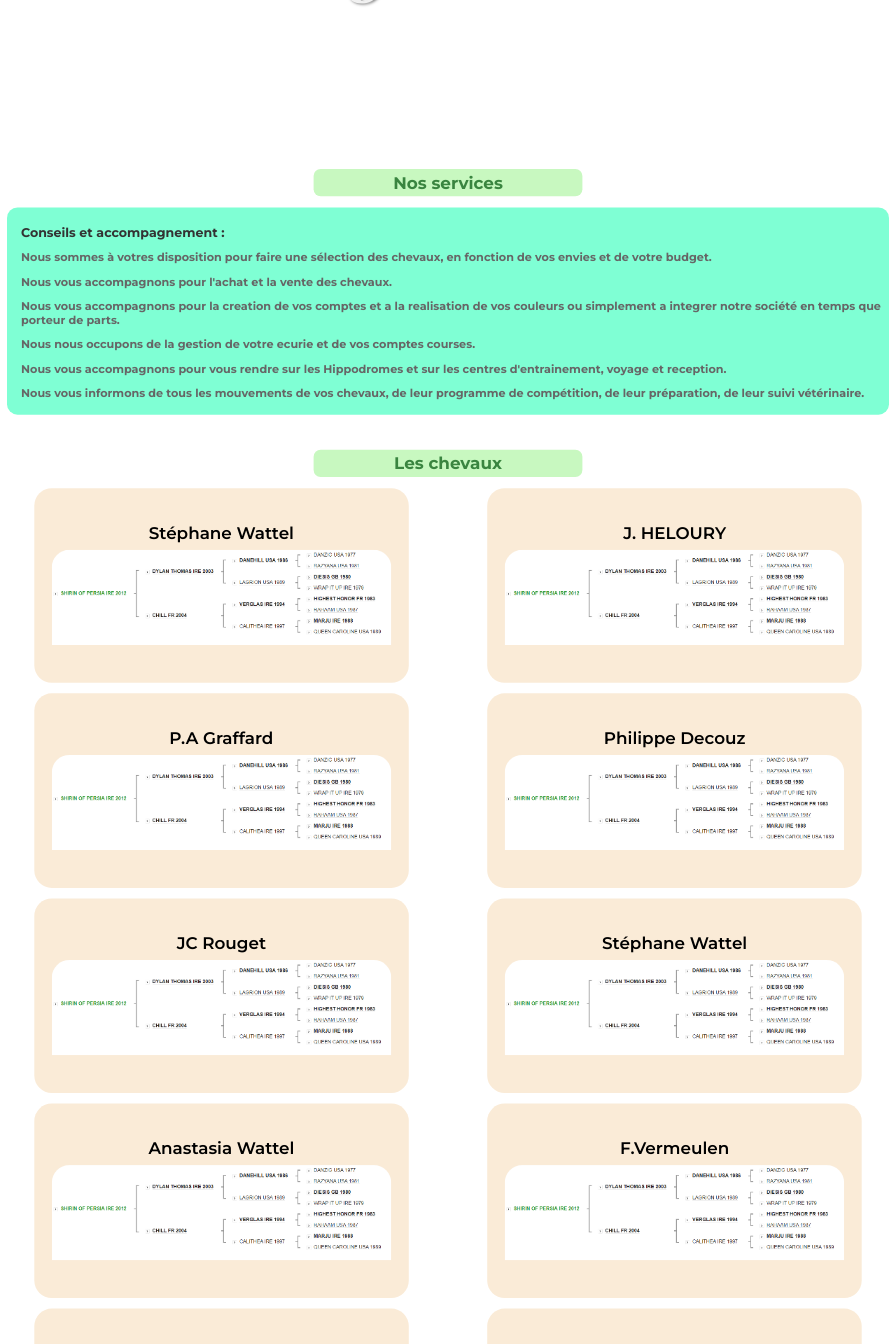
Repository: Vanitti/Site-web
Page: index.html
The author's editor kept a copy of each file at every save. The page is drawn from the files as they stood at one save, then again after the next save.
The browser window is 1280 px wide. The pictures show the part of the page from y = 389 to 2309 px (the page is 4055 px tall), at 70% of full size.
Pictures or frames that could not be fetched are drawn as grey boxes. Some web libraries are served in a nearby version.

Above is the page before, as saved 2023-06-24 15:12:29.
Not found: app.js

### index.html
<!DOCTYPE html>
<html lang="fr">
<head>
    <meta charset="UTF-8">
    <meta name="viewport" content="width=device-width, initial-scale=1.0">
    <title>F&F Horses</title>
    <link rel="icon" href="images/couleur-t.png">
    <link rel="stylesheet" href="index.css">
    <script src="app.js"></script>
    <script src="https://cdnjs.cloudflare.com/ajax/libs/font-awesome/5.12.0-2/js/all.min.js"></script>
</head>
<body>
    <header class="header">
        <img src="images/couleur-t.png" alt="Logo du site">
        <nav class="nav">
            <li><a href="#accueil" class="transition">Accueil</a></li>
            <li><a href="#services" class="transition">Nos services</a></li>
            <li><a href="#chevaux" class="transition">Nos chevaux</a></li>
            <li><a href="#courses" class="transition">Le monde des courses</a></li>
            <li><a href="#histoire" class="transition">Histoire</a></li>
            <li><a href="#contact" class="transition">Contact</a></li>
            <li><a href="login.html">Se connecter</a></li>
        </nav>
    </header>

    <section  id="accueil">
        <div class="landing-page">
          <video class="video-container" id="background-video" autoplay loop muted><source src="images/video/F&F horses.mp4" type="video/mp4" ></video>
          <h1 class="big-title">F&F Horses</h1>
        </div>
    </section>


<!-- Nos services-->
<h1 id="services" class="section-title" >Nos services</h1>

<div class="s">
<h2 class="section-sous">Conseils et accompagnement :</h2>
<h3 class="texte">Nous sommes à votres disposition pour faire une sélection des chevaux, en fonction de vos envies et de votre budget.</h3>
<h3 class="texte">Nous vous accompagnons pour l'achat et la vente des chevaux.</h3>
<h3 class="texte">Nous vous accompagnons pour la creation de vos comptes et a la realisation de vos couleurs ou simplement a integrer notre société en temps que porteur de parts.</h3>
<h3 class="texte">Nous nous occupons de la gestion de votre ecurie et de vos comptes courses.</h3>
<h3 class="texte">Nous vous accompagnons pour vous rendre sur les Hippodromes et sur les centres d'entrainement, voyage et reception.</h3>
<h3 class="texte">Nous vous informons de tous les mouvements de vos chevaux, de leur programme de compétition, de leur préparation, de leur suivi vétérinaire.</h3>
</div>

<!-- Nos chevaux -->
<h1 id="chevaux" class="section-title" >Les chevaux</h1>

<div class="entraineur">
    <div ><h3 >Stéphane Wattel</h3><img class="cheval" src="images/chevaux/1.png"></div>
    <div ><h3 >J. HELOURY</h3><img class="cheval" src="images/chevaux/1.png"></div>
    <div ><h3 >P.A Graffard</h3><img class="cheval" src="images/chevaux/1.png"></div>
    <div ><h3 >Philippe Decouz</h3><img class="cheval" src="images/chevaux/1.png"></div>
    <div ><h3 >JC Rouget</h3><img class="cheval" src="images/chevaux/1.png"></div>
    <div ><h3 >Stéphane Wattel</h3><img class="cheval" src="images/chevaux/1.png"></div>
    <div ><h3 >Anastasia Wattel</h3><img class="cheval" src="images/chevaux/1.png"></div>
    <div ><h3 >F.Vermeulen</h3><img class="cheval" src="images/chevaux/1.png"></div>
    <div ><h3 >P&J Brandt</h3><img class="cheval" src="images/chevaux/1.png"></div>
    <div ><h3 >Peltier Franck</h3><img class="cheval" src="images/chevaux/1.png"></div>
</div>

<!-- Le monde des courses -->
<h1 id="courses" class="section-title" >Le monde des courses</h1>

<div class="c">
<h2 class="section-sous">Achat et vente des chevaux :</h2>
<h3 class="texte">A l'elevage, a l'amiable a l'entrainement, aux ventes aux enchères, pendant les courses dites a reclamer.</h3>
<h3 class="texte">Il est possible d'acquérir qu'un pourcentage sur un cheval, ce qui permet de minimiser les risques et d'avoir une écurie plus grande en nombre de chevaux.</h3>
<h3 class="texte">1 ou 4 chevaux à 25%.</h3>
</div>

<div class="c">
<h2 class="section-sous">Prix des chevaux :</h2>
<h3 class="texte">Il est difficle de donner un prix moyen, la valeur d'un cheval peut aller de quelques milliers d'euro a plusieurs millions. Raisonnablement, un cheval d'une valeur de 50 à 100 000 euro peut faire de belles courses. En principe plus la valeur du cheval est grande, plus il est susceptible de courir des courses de renom, les gains étant en rapport.</h3>
<h3 class="texte">En Un trotteur peut courir a partir de 2ans jusqu'a 10ans. Il doit atteindre un minimal chronometrique ( de 2 à 5ans) pour avoir le droit de courir sur un Hippodrome (environ 20 sur 2000 metres).</h3>
<h3 class="texte">Un pur-sang peut courir à partir de 2 ans pour les courses de plat et 3ans pour les courses d'obstacles, jusqu'a 6ans, la meilleure performance étant à 4ans.</h3>
<h3 class="texte">C'est l'entraineur qui décide a quelle course doit participer le cheval (en fonction de nombreux critères : age, sexe, distance, type de sol, concurrence, carriere du cheval...).</h3>
</div>

<div class="c">
<h2 class="section-sous">Gestion des courses :</h2>
<h3 class="texte">Les courses sont en réparties en 2 catégories :</h3>
<h3 class="texte">-Le trot, géré par le trotteur francais</h3>
<h3 class="texte">-Le galop et l'obstacle gérés par France Galop</h3>
<h3 class="texte">L'ensemble sous la tutelle du PMU. Les propriétaires peuvent étre en nom propre ou avoir des parts dans une société. Une demande doit etre faite aupres de la police judiciaire pour avoir droit au statut de "Propriétaire".</h3>
</div>

<div class="c">
<h2 class="section-sous">Fonctionnement :</h2>
<h3 class="texte">Un ecurie de chevaux de courses, c'est comme une équipe de Football, il faut des jeunes pour construire l'avenir et des chevaux d'age pour avoir des partants sur les hippodromes. Il faut tenir compte des blessures qui peuvent avoir de l'incidence dans l'organisation de l'ecurie, les chevaux de course étant des athletes a part entiere.</h3>
<h3 class="texte">-Le choix de la discipline est tres importante mais une ecurie peut avoir des chevaux dans les trois spécialités.</h3>
<h3 class="texte">Pour ma part, je trouve que le steeple-chase ainsi que les courses de haies sont trops dangereuses pour les chevaux où de nombreuses chutes sont fréquentes.</h3>
<h3 class="texte">-Les entraineurs peuvent etre choisi independamment par le cheval (ce qui n'est pas le cas dans une équipe de foot...), mais il est préferable de regrouper quelques chevaux chez un meme entraineur, ce qui facilite la communication ainsi que les visites des chevaux à l'entrainement.</h3>
</div>

<!-- Histoire -->
<h1 id="histoire" class="section-title" >Notre histoire</h1>

<div class="h">
<h3 class="texte">Dans le milieu du cheval depuis plus de 50 ans, Frederic Vanotti a été actif dans le monde des chevaux de course par le biais de son pere passionné egalement, propriétaire de nombreux gagnants et également élveur de pur-sang.</h3>
<h3 class="texte">Un rencontre en 2014 à provoqué la creation de la société F&F Horses. Un éleveur Normand de grande réputation a proposé des parts sur 2 poulains qui galopaient dans les prés.</h3>
<h3 class="texte">De retour en region Rhone-Alpes, un ami prit part a l'aventure afin de permettre a F&F Horses de voir le jou !.</h3>
<h3 class="texte">Depuis, de nombreux chevaux ont porté les couleurs de F&F Horses et l'entente avec le Haras Normand perdure toujours.</h3>
</div>

<!-- Footer -->

<footer id="contact" class="footer">
  <p class="HG">&copy; 2023 - F&F horses</p>
  <p class="HG"><a href="tel:+33 6 09 69 26 37">+33 6 09 69 26 37</a></p>
  <p class="HG"><a href="mailto:ffhorses01@gmail.com">ffhorses01@gmail.com</a></p>
  <p class="HG"><a href="Formulaire de contact.html">Formulaire de contact</a></p>
  <p class="HG">560 route de Maillat, 01430 Peyriat, France</p>
</footer>



<script src="app.js"></script>
</body>
</html>

### index.css
@import url('https://fonts.googleapis.com/css2?family=Montserrat:wght@100;200;300;400;500;600;700;800;900&display=swap');
@import url('https://fonts.googleapis.com/css2?family=Abril+Fatface&display=swap');
@import url('https://fonts.googleapis.com/css2?family=Roboto:wght@300&display=swap');

html {
  scroll-behavior: smooth;
}

body {
  margin: 0;
  padding: 0;
  font-family: 'Montserrat', sans-serif;
}

header {
  display: flex;
  align-items: center;
}

.scroll-down {
  color: white;
  text-decoration: none;
  position: absolute;
  bottom: 0;
}

/* Typographie */
.section-title {
    background-color: #f0ebeb;
    border-radius: 10px;
    font-size: 24px;
    font-weight: bold;
    color: #333;
    text-align: center;
    background-color: #c8f8c0;
    color: #3a8540;
    margin-left: 35%;
    margin-right: 35%;
    margin-top: 50px;
    padding: 5px;
  }

  .section-sous {
    font-size: 18px;
    font-weight: bold;
    color: #333;
    margin-top: 20px;
    margin-left: 15px;
  }

  .texte {
    font-size: 16px;
    color: #666;
    margin-top: 10px;
    margin-left: 15px;
  }


/* Navigation */
nav.nav {
  z-index: 7;
  top: 10px;
  position: fixed;
  display: flex;
  list-style: none;
  justify-content: center;
  align-items: center;
  line-height: 30px;
  transition: all 0.3s ease;
  white-space: nowrap; /* Ajout de la propriété pour empêcher le retour à la ligne */
  background-color: #201b22;
  opacity: 0.75;
  padding: 15px;
  left: 150px;
  right: 15px;
  border-radius: 15px;
  justify-content: space-between;
}

nav.nav li a {
  justify-content: space-between;
  text-decoration: none;
  font-weight: 600;
  transition: all 0.3s ease;
  color: #ececec;
  font-size: 20px;
  margin: 0; /* Supprimer les marges horizontales des liens */
}

nav.nav li a:hover {
  color: #4b5e65; /* Changement de couleur au survol */
  background-color: #ececec; /* Changement de couleur d'arrière-plan au survol */
  border-radius: 5px;
  padding: 5px;
}

/* Accueil */
header img {
  width: 150px;
  height: 150px;
  top: 0;
  left: 0;
  position: absolute;
}

.top-page {
  background: url('images/galoubet1.jpg');
  background-size: cover;
  height: 80vh;
  padding: 25px;
  z-index: -2;
}

#background-video {
  width: 100%;
  height: 80vh;
  object-fit: cover;
  background-size: cover;
  height: 80vh;
  z-index: -2;
  position: relative;
}

.big-title {
    color: #f1f1f1;
    font-size: 140px;
    font-family: 'Abril Fatface', cursive;
    font-weight: 100;
    text-shadow: 2px 2px 4px rgba(0, 0, 0, 0.5);
    position: absolute;
    top: 0;
    transform: translate(50%, 50%);
  }

/* Nos chevaux */
#chevaux {
    font-size: 24px;
    font-weight: bold;
    text-align: center;
    margin-top: 50px;
  }

  .entraineur {
    display: grid;
    grid-template-columns: 1fr 1fr;
    grid-gap: 15px;
    justify-items: center;
    align-items: center;
    margin-top: 15px;
  }

  .entraineur div {
    text-align: center;
    background-color: antiquewhite;
    padding: 25px;
    border-radius: 25px;
  }

  .entraineur img {
    border-radius: 25px;
    max-width: 100%;
    height: auto;
    padding-bottom: 25px;
  }

  .entraineur h3 {
    font-size: 24px;
    font-weight: 600;
    margin-bottom: 10px;
  }

/* div */
.c {
    background-color: aliceblue;
    margin: 10px;
    border-radius: 15px;
    padding: 5px;
}

.s {
    background-color:aquamarine;
    margin: 10px;
    border-radius: 15px;
    padding: 5px;
}

.h {
    background-color: burlywood;
    margin: 10px;
    border-radius: 15px;
    padding: 5px;
}

/* footer */
footer {
    margin-top: 30px ;
    display: flex;
    justify-content: center;
    align-items: center;
    flex-wrap: wrap;
    padding: 15px;
    background-color: #313131;
  }

  footer p {
    margin: 0 10px;
    color: #f1f1f1;
  }

  .HG a {
    color: #f1f1f1;
    text-decoration: none;
  }

  .HG a:hover {
    color: white;
    font-weight: bold;
    transition: 0.3s;
  }

After the next save:
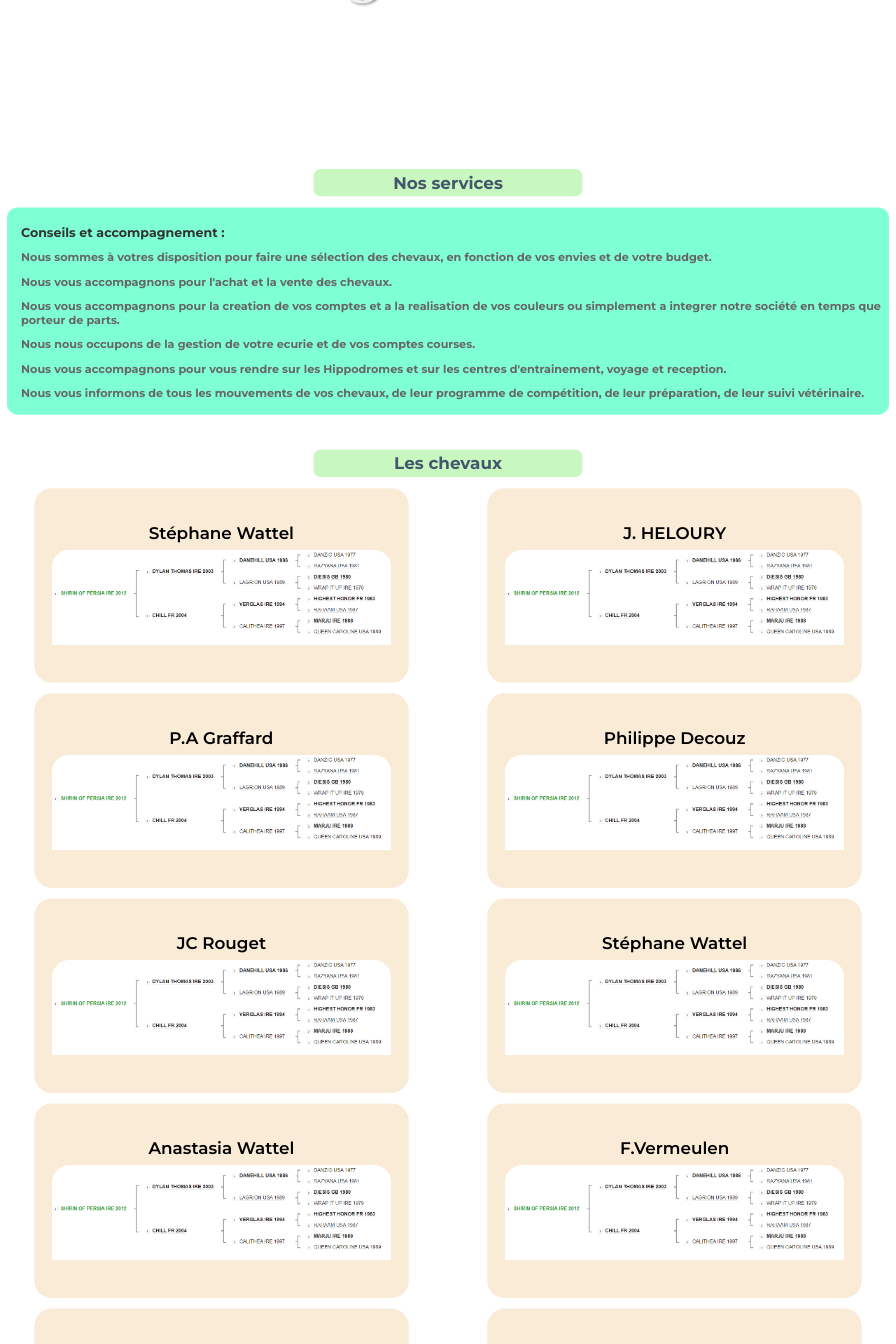
Saved 90 s later.
--- a/index.css
+++ b/index.css
@@ -33,7 +33,7 @@ header {
     color: #333;
     text-align: center;
     background-color: #c8f8c0;
-    color: #3a8540;
+    color: #44566c;
     margin-left: 35%;
     margin-right: 35%;
     margin-top: 50px;
